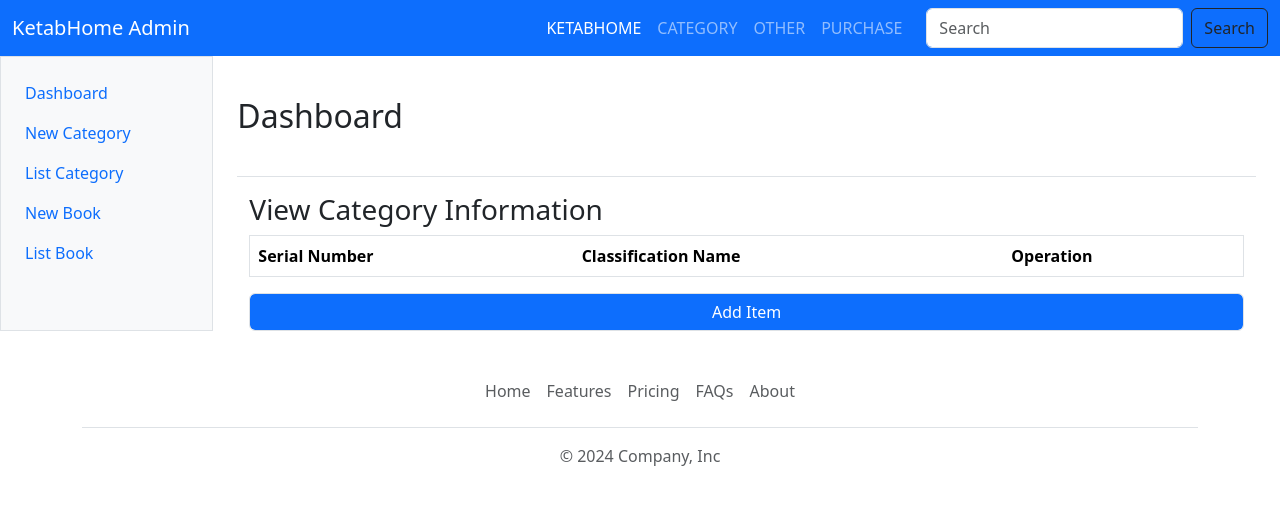
Repository: nyeinsu4520/coursera-test
Page: http://localhost/view_Categories
The author's editor kept a copy of each file at every save. The page is drawn from the files as they stood at one save, then again after the next save.
The browser window is 1280 px wide. The pictures show the whole page.
Some web fonts or font styles are not loaded; a fallback is used. The page is this project's Thymeleaf template; nobody is signed in. The template is opened directly, without the code that normally fills it, so the values that code supplies are empty.

Above is the page before, as saved 2024-05-31 03:49:34.

### KetabHome/src/main/resources/templates/view_Categories.html
<!DOCTYPE html>
<html xmlns="www.thumeleaf.org">
<head>
<meta charset="ISO-8859-1">
<title>Category Page</title>
<link rel="stylesheet"  href="/bootstrap/css/bootstrap.min.css">
<script src="/bootstrap/js/bootstrap.bundle.js" type="text/javascript"> </script>

<style>
.navbar-purple {
    background-color: purple;
}

.navbar-purple .nav-link {
    color: white !important;
}
</style>

</head>
<body>

<div th:replace="fragment/header"></div>

	<div class="container-fluid">
    <div class="row">
        <div class="sidebar border border-right col-md-3 col-lg-2 p-0 bg-body-tertiary">
            <div class="offcanvas-md offcanvas-end bg-body-tertiary" tabindex="-1" id="sidebarMenu" aria-labelledby="sidebarMenuLabel">
                <div class="offcanvas-header">
                    <h5 class="offcanvas-title" id="sidebarMenuLabel">KetabHome Admin</h5>
                    <button type="button" class="btn-close" data-bs-dismiss="offcanvas" aria-label="Close"></button>
                </div>
                <div class="offcanvas-body d-md-flex flex-column p-0 pt-lg-3 overflow-y-auto">
                    <ul class="nav flex-column">
                        <li class="nav-item">
                            <a class="nav-link d-flex align-items-center gap-2 active" aria-current="page" href="#">
                            <i class="fa-solid fa-gauge"></i>
                                Dashboard
                            </a>
                        </li>
                        <li class="nav-item">
                            <a class="nav-link d-flex align-items-center gap-2" href="#">
                            <i class="fa-solid fa-plus"></i>
                                New Category
                            </a>
                        </li>
                        <li class="nav-item">
                            <a class="nav-link d-flex align-items-center gap-2" href="#">
                            <i class="fa-solid fa-table-list"></i>
                                List Category
                            </a>
                        </li>
                        <li class="nav-item">
                            <a class="nav-link d-flex align-items-center gap-2" href="#">
                            <i class="fa-solid fa-plus"></i>
                                New Book
                            </a>
                        </li>
                        <li class="nav-item">
                            <a class="nav-link d-flex align-items-center gap-2" href="#">
                            <i class="fa-solid fa-table-list"></i>
                                List Book
                            </a>
                        </li>
                    </ul>
                </div>
            </div>
        </div>


        <main class="col-md-9 ms-sm-auto col-lg-10 px-md-4">
      <div class="d-flex justify-content-between flex-wrap flex-md-nowrap align-items-center pt-3 pb-2 mb-3 border-bottom">
        <h1 class="h2">Dashboard</h1>
        <div class="btn-toolbar mb-2 mb-md-0">
          <div class="album py-5 bg-body-tertiary">
          </div>
           </div>
           </div>
    <div class="container">
      <div class="row ">
      <h3>View Category Information</h3>

    </div>



	<table class="table border-1 " border="1">
		<tr>
		<th>Serial Number</th>
		<th>Classification Name</th>
		<th>Operation</th>
		</tr>
		<tr th:each="category:${categoryList}">

			<td th:text="${category.id}"></td>
			<td th:text="${category.name}"></td>
			<td><a th:href="@{/category/edit/{id} (id=${category.id})}">Edit</a>
			<a th:href="@{/category/delete/{id} (id=${category.id})}"> | Delete</a>
			</td>
		</tr>
	</table>

	<input class="form-control text-white bg-primary" type="submit" value="Add Item"  >

	<!-- <form th:action="@{/category/add}" method="get">
	<input type="submit" value="Add Category">
	</form> -->

	</div>



      </main>

       </div>
    </div>











	<div th:replace="fragment/footer"></div>
</body>
</html>

### KetabHome/src/main/resources/templates/fragment/header.html
<!DOCTYPE html>
<html xmlns="www.thymeleaf.org">
<head>
<meta charset="ISO-8859-1">
<title>Insert title here</title>

<link rel="stylesheet" href="/bootstrap/css/bootstrap.min.css">
<script type="text/javascript" src="../static/bootstrap/js/bootstrap.bundle.min.js"></script>

</head>
<body>
	<nav class="navbar navbar-expand-lg navbar-dark bg-primary" aria-label="Offcanvas navbar large">
    <div class="container-fluid">
      <a class="navbar-brand" href="#">KetabHome Admin</a>
      <button class="navbar-toggler" type="button" data-bs-toggle="offcanvas" data-bs-target="#offcanvasNavbar2" aria-controls="offcanvasNavbar2" aria-label="Toggle navigation">
        <span class="navbar-toggler-icon"></span>
      </button>
      <div class="offcanvas offcanvas-end text-bg-dark" tabindex="-1" id="offcanvasNavbar2" aria-labelledby="offcanvasNavbar2Label">

        <div class="offcanvas-body">
          <ul class="navbar-nav justify-content-end flex-grow-1 pe-3">
            <li class="nav-item">
              <a class="nav-link active" aria-current="page" href="#">KETABHOME</a>
            </li>
            <li class="nav-item">
              <a class="nav-link" href="#">CATEGORY</a>
            </li>
            <li class="nav-item">
              <a class="nav-link " aria-current="page" href="#">OTHER</a>
            </li>
            <li class="nav-item">
              <a class="nav-link" href="#">PURCHASE</a>
            </li>

          </ul>
          <form class="d-flex mt-3 mt-lg-0" role="search">
            <input class="form-control me-2" type="search" placeholder="Search" aria-label="Search">
            <button class="btn btn-outline-dark" type="submit">Search</button>
          </form>
        </div>
      </div>
    </div>
  </nav>
</body>
</html>

### KetabHome/src/main/resources/templates/fragment/footer.html
<!DOCTYPE html>
<html>
<head>
<meta charset="ISO-8859-1">
<title>Insert title here</title>

<link rel="stylesheet" href="/bootstrap/css/bootstrap.min.css">
<script type="text/javascript" src="../static/bootstrap/js/bootstrap.bundle.min.js"></script>
<link rel="preconnect" href="https://fonts.googleapis.com">
<link rel="preconnect" href="https://fonts.gstatic.com" crossorigin>
<link href="https://fonts.googleapis.com/css2?family=Jersey+20&family=Jersey+25&family=Josefin+Sans:ital,wght@0,100..700;1,100..700&family=Noto+Sans+Myanmar:wght@100;200;300;400;500;600;700;800;900&family=Nunito+Sans:ital,opsz,wght@0,6..12,200..1000;1,6..12,200..1000&family=Padauk:wght@400;700&family=Platypi:ital,wght@0,300..800;1,300..800&family=Poppins:ital,wght@0,100;0,200;0,300;0,400;0,500;0,600;0,700;0,800;0,900;1,100;1,200;1,300;1,400;1,500;1,600;1,700;1,800;1,900&family=Roboto:ital,wght@0,100;0,300;0,400;0,500;0,700;0,900;1,100;1,300;1,400;1,500;1,700;1,900&display=swap" rel="stylesheet">

</head>
<body>


<div class="container">
  <footer class="py-3 my-4">
    <ul class="nav justify-content-center border-bottom pb-3 mb-3">
      <li class="nav-item"><a href="#" class="nav-link px-2 text-body-secondary">Home</a></li>
      <li class="nav-item"><a href="#" class="nav-link px-2 text-body-secondary">Features</a></li>
      <li class="nav-item"><a href="#" class="nav-link px-2 text-body-secondary">Pricing</a></li>
      <li class="nav-item"><a href="#" class="nav-link px-2 text-body-secondary">FAQs</a></li>
      <li class="nav-item"><a href="#" class="nav-link px-2 text-body-secondary">About</a></li>
    </ul>
    <p class="text-center text-body-secondary">&copy; 2024 Company, Inc</p>
  </footer>
</div>
</body>
</html>

Loaded but not shown: KetabHome/src/main/resources/static/bootstrap/css/bootstrap.min.css (library); KetabHome/src/main/resources/static/bootstrap/js/bootstrap.bundle.js (library); KetabHome/src/main/resources/static/bootstrap/js/bootstrap.bundle.min.js (library)

After the next save:
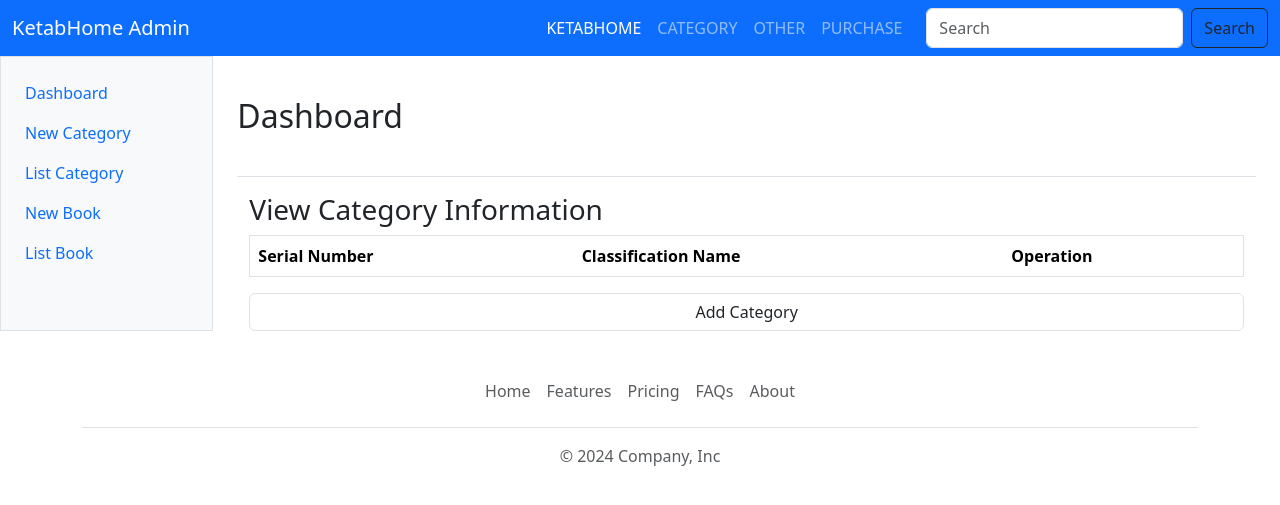
Saved 42 s later.
--- a/KetabHome/src/main/resources/templates/view_Categories.html
+++ b/KetabHome/src/main/resources/templates/view_Categories.html
@@ -99,7 +99,9 @@
 		</tr>
 	</table>
 
-	<input class="form-control text-white bg-primary" type="submit" value="Add Item"  >
+	<form th:action="@{/category/add}" method="get">
+	<input class="form-control" type="submit" value="Add Category">
+	</form>
 
 	<!-- <form th:action="@{/category/add}" method="get">
 	<input type="submit" value="Add Category">
